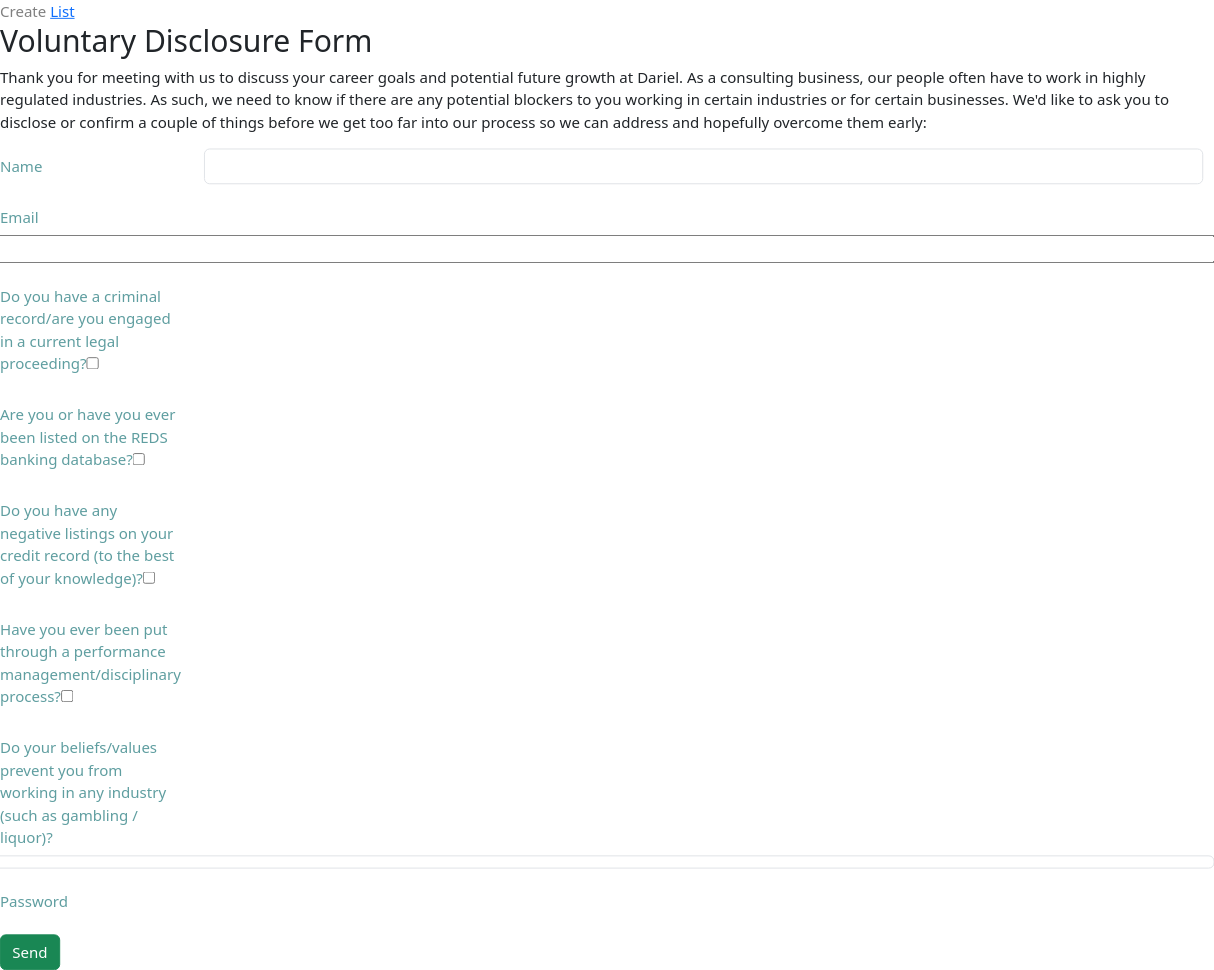
Repository: NtuthukoM/VoluntaryDisclosure
Page: / (app in disclosures-client/)
These files come from the project's save history. The page is drawn as it stood at one moment and after the next save; the edit follows.
The browser window is 1280 px wide. The page is 1292 px wide, so the pictures cover 1292 px, including what lies to the right of the window. The pictures show the whole page, at 94% of full size.
The project was rebuilt for these pictures with package versions that can differ from the ones it lists, and the page was loaded fresh each time. Also part of the build but not shown: disclosures-client/src/pages/ListDisclosures.js, disclosures-client/src/pages/DisclosureDetails.js, disclosures-client/src/pages/DisclosureSubmitted.js.

Above is the page before, as saved 2023-05-30 20:45:50.

### disclosures-client/public/index.html
<!DOCTYPE html>
<html lang="en">
  <head>
    <meta charset="utf-8" />

    <meta name="viewport" content="width=device-width, initial-scale=1" />
    <meta name="theme-color" content="#000000" />
    <meta
      name="description"
      content="Web site created using create-react-app"
    />
    <link rel="apple-touch-icon" href="%PUBLIC_URL%/logo192.png" />
    <!--
      manifest.json provides metadata used when your web app is installed on a
      user's mobile device or desktop. See https://developers.google.com/web/fundamentals/web-app-manifest/
    -->
    <link rel="manifest" href="%PUBLIC_URL%/manifest.json" />
    <!--
      Notice the use of %PUBLIC_URL% in the tags above.
      It will be replaced with the URL of the `public` folder during the build.
      Only files inside the `public` folder can be referenced from the HTML.

      Unlike "/favicon.ico" or "favicon.ico", "%PUBLIC_URL%/favicon.ico" will
      work correctly both with client-side routing and a non-root public URL.
      Learn how to configure a non-root public URL by running `npm run build`.
    -->
    <title>React App</title>
  </head>
  <body>
    <noscript>You need to enable JavaScript to run this app.</noscript>
    <div id="root"></div>
    <!--
      This HTML file is a template.
      If you open it directly in the browser, you will see an empty page.

      You can add webfonts, meta tags, or analytics to this file.
      The build step will place the bundled scripts into the <body> tag.

      To begin the development, run `npm start` or `yarn start`.
      To create a production bundle, use `npm run build` or `yarn build`.
    -->
  </body>
</html>

### disclosures-client/src/index.js
import React from 'react';
import ReactDOM from 'react-dom/client';
import './bootstrap.css';
// import './index.css';
import App from './App';
import reportWebVitals from './reportWebVitals';

const root = ReactDOM.createRoot(document.getElementById('root'));
root.render(
  <React.StrictMode>
    <App />
  </React.StrictMode>
);

// If you want to start measuring performance in your app, pass a function
// to log results (for example: reportWebVitals(console.log))
// or send to an analytics endpoint. Learn more: https://bit.ly/CRA-vitals
reportWebVitals();

### disclosures-client/src/App.js
import logo from './logo.svg';
import {CreateDisclosures} from './pages/CreateDisclosure';
import {ListDisclosures} from './pages/ListDisclosures';
import {DisclosureDetails} from './pages/DisclosureDetails';
import {DisclosureSubmitted} from './pages/DisclosureSubmitted';
import { BrowserRouter, Routes, Route } from "react-router-dom";
import './App.css';

function App() {
  return (

      <BrowserRouter>
        <Routes>
          <Route path="/" element={<CreateDisclosures/>} />
          <Route path="/list" element={<ListDisclosures/>} />
          <Route path="/submitted" element={<DisclosureSubmitted/>} />
          <Route path="/details/:id" element={<DisclosureDetails/>} />
        </Routes>
      </BrowserRouter>
  );
}

export default App;

### disclosures-client/src/pages/CreateDisclosure.js
import { useState } from "react";
import { discloseUrl} from '../models/models';
import { Nav} from "../components/nav";
import { redirect } from "react-router-dom";

export function CreateDisclosures(){
    const [fullName, setFullName] = useState('');
    const [email, setEmail] = useState('');
    const [criminalRecord, setCriminalRecord] = useState(false);
    const [redsBankingDbListed, setRedsBankingDbListed] = useState(false);
    const [negativeCreditListing, setNegativeCreditListing] = useState(false);
    const [performanceManagementPlaced, setPerformanceManagementPlaced] = useState(false);
    const [ethicalIndustringRestriction, setEthicalIndustringRestriction] = useState(false);
    const [submitting, setSubmitting] = useState(false);

    function onFormSubmit(e){
        e.preventDefault();
        setSubmitting(true);
        let model = {
            fullName: fullName,
            email: email,
            criminalRecord: criminalRecord,
            redsBankingDbListed: redsBankingDbListed,
            negativeCreditListing: negativeCreditListing,
            performanceManagementPlaced: performanceManagementPlaced,
            ethicalIndustringRestriction: ethicalIndustringRestriction
        }
        const ops = {
            method: 'POST',
            headers: {
                "Content-Type": "application/json",
                // 'Content-Type': 'application/x-www-form-urlencoded',
              },
              redirect: "follow", // manual, *follow, error
              referrerPolicy: "no-referrer", // no-referrer, *no-referrer-when-downgrade, origin, origin-when-cross-origin, same-origin, strict-origin, strict-origin-when-cross-origin, unsafe-url
              body: JSON.stringify(model), // body data type must match "Content-Type" header
        };
        const response = fetch(discloseUrl, ops)
        .then(() => {
            setSubmitting(false);
            console.log('redirecting');
           return redirect("/submitted");
        }).catch(exc => console.log(`error ${exc}`));
    }
    return (
        <>
            <Nav />
            <h2>Voluntary Disclosure Form</h2>
            <p>
                Thank you for meeting with us to discuss your career goals and potential future growth at Dariel.
                As a consulting business, our people often have to work in highly regulated industries.
                As such, we need to know if there are any potential blockers to you working in certain industries or for certain businesses.
                We'd like to ask you to disclose or confirm a couple of things before we get too far into our process so we can address and hopefully overcome them early:
            </p>
            <form onSubmit={onFormSubmit}>


            <div  className="mb-3 row">
                <label className="col-sm-2 col-form-label">
                    Name
                </label>
                <div className="col-sm-10">

                    <input className="form-control" type="text" value={fullName} onChange={(e) => setFullName(e.target.value) } disabled={submitting} />
      </div>
            </div>

            <div className="mb-3 row">
                <label className="col-sm-2 col-form-label">
                    Email
                </label>
                <div className="col-sm-10">

      </div>
                    <input type="text" value={email} onChange={e => setEmail(e.target.value)} disabled={submitting}  />
            </div>


            <div className="mb-3 row">
                <label className="col-sm-2 col-form-label">
                    Do you have a criminal record/are you engaged in a current legal proceeding?
                    <input type="checkbox" value={criminalRecord} onChange={e => {
                        setCriminalRecord(!criminalRecord);
                        }}  disabled={submitting} />
                </label>
            </div>
            <div className="mb-3 row">
                <label className="col-sm-2 col-form-label">
                Are you or have you ever been listed on the REDS banking database?
                    <input type="checkbox"  value={redsBankingDbListed} onChange={e => {
                        setRedsBankingDbListed(!redsBankingDbListed);
                        }}  disabled={submitting} />
                </label>
            </div>
            <div className="mb-3 row">
                <label className="col-sm-2 col-form-label">
                Do you have any negative listings on your credit record (to the best of your knowledge)?
                    <input type="checkbox"  value={negativeCreditListing} onChange={e => {
                        setNegativeCreditListing(!negativeCreditListing);
                        }}  disabled={submitting} />
                </label>
            </div>
            <div className="mb-3 row">
                <label className="col-sm-2 col-form-label">
                Have you ever been put through a performance management/disciplinary process?
                    <input type="checkbox"  value={performanceManagementPlaced} onChange={e => {
                        setPerformanceManagementPlaced(!performanceManagementPlaced);
                        }}  disabled={submitting} />
                </label>
            </div>
            <div className="mb-3 row">
                <label className="col-sm-2 col-form-label">
                Do your beliefs/values prevent you from working in any industry (such as gambling / liquor)?
                </label>
                    <input type="checkbox" className="form-control"  value={ethicalIndustringRestriction} onChange={e => {
                        setEthicalIndustringRestriction(!ethicalIndustringRestriction);
                        }}  disabled={submitting} />
            </div>
            <div className="mb-3 row">
    <label for="inputPassword" className="col-sm-2 col-form-label">Password</label>
    <div className="col-sm-10">

    </div>
  </div>
            <div>
                <button className="btn btn-success" disabled={submitting}>Send</button>
            </div>
             </form>
        </>
    );
}

### disclosures-client/src/App.css
.App {
  text-align: center;
}

.active {
  color: gray;
  text-decoration: none;
  cursor: default;
}

label {
  color: cadetblue;
}

.App-logo {
  height: 40vmin;
  pointer-events: none;
}

@media (prefers-reduced-motion: no-preference) {
  .App-logo {
    animation: App-logo-spin infinite 20s linear;
  }
}

.App-header {
  background-color: #282c34;
  min-height: 100vh;
  display: flex;
  flex-direction: column;
  align-items: center;
  justify-content: center;
  font-size: calc(10px + 2vmin);
  color: white;
}

.App-link {
  color: #61dafb;
}

@keyframes App-logo-spin {
  from {
    transform: rotate(0deg);
  }
  to {
    transform: rotate(360deg);
  }
}

### disclosures-client/src/models/models.js
export const discloseUrl = 'https://localhost:7163/api/Disclosures';

### disclosures-client/src/components/nav.js
import {NavLink} from "react-router-dom"

export function Nav(){
    return (
        <>
            <nav>
                <NavLink to="/" className={({isActive}) => isActive ? "active" : "go-to"}>Create </NavLink>
                <NavLink to="/list" className={({isActive}) => isActive ? "active" : ""}>List </NavLink>
            </nav>
        </>
    )
}

Loaded but not shown: disclosures-client/src/bootstrap.css (library); disclosures-client/src/reportWebVitals.js (common file)

After the next save:
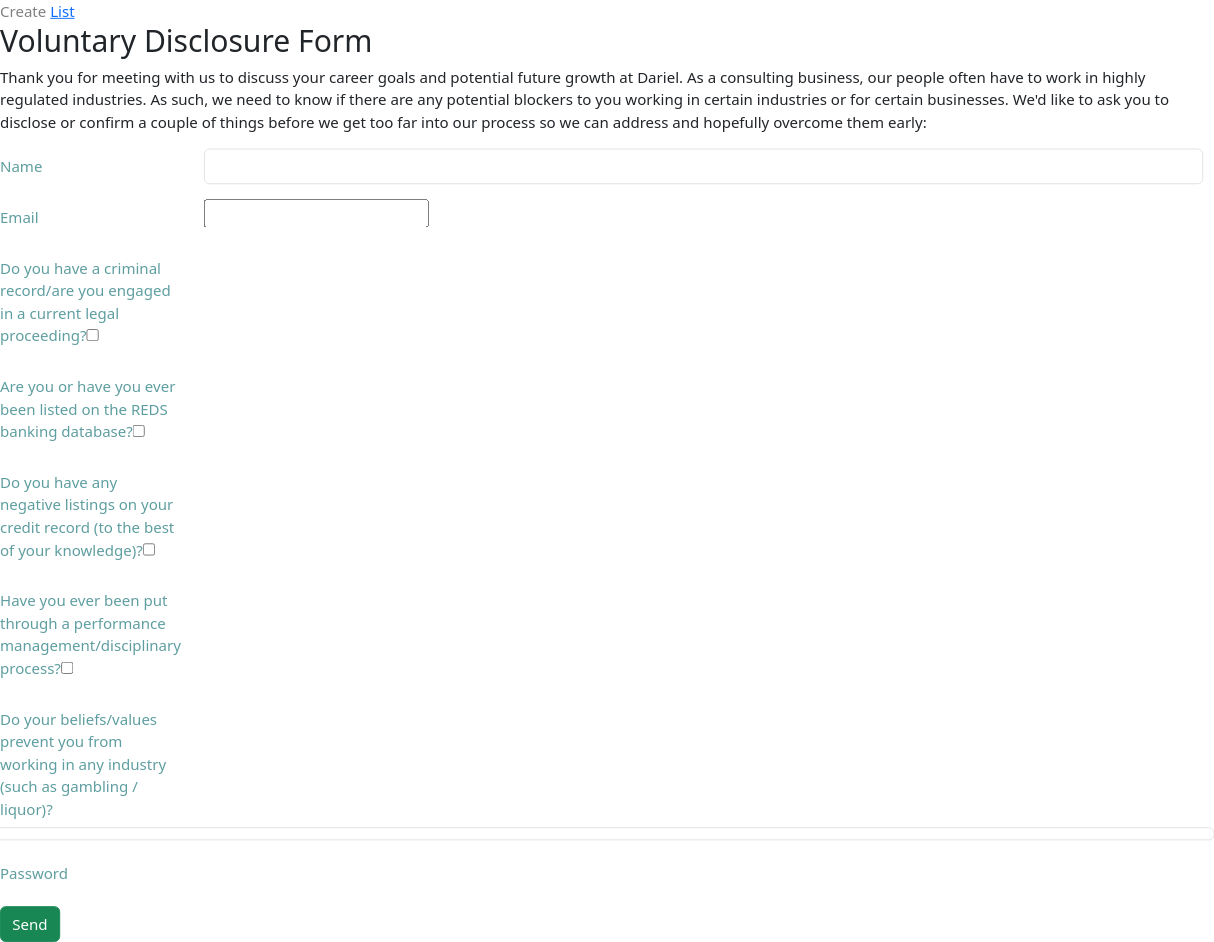
Saved 4 s later.
--- a/disclosures-client/src/pages/CreateDisclosure.js
+++ b/disclosures-client/src/pages/CreateDisclosure.js
@@ -71,8 +71,8 @@ export function CreateDisclosures(){
                 </label>
                 <div className="col-sm-10">
 
+                    <input type="text" value={email} onChange={e => setEmail(e.target.value)} disabled={submitting}  />
       </div>
-                    <input type="text" value={email} onChange={e => setEmail(e.target.value)} disabled={submitting}  />
             </div>
 
 
